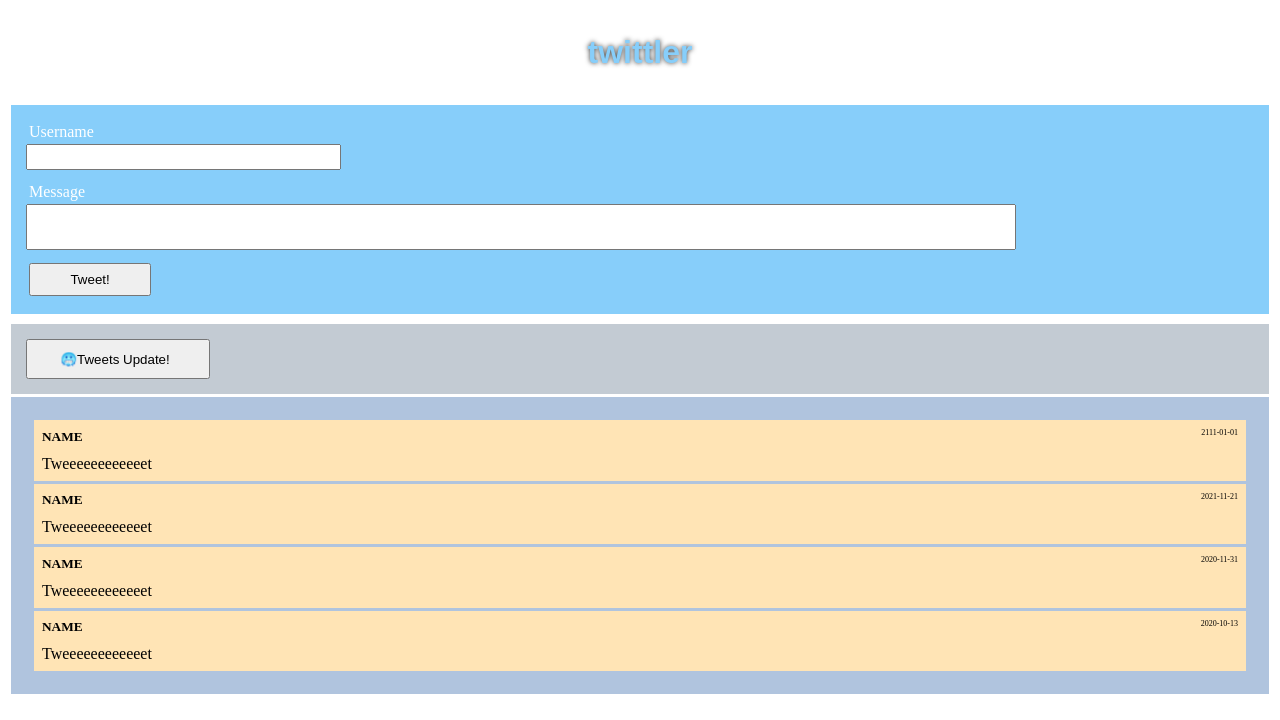
Repository: rlatlswo135/my_workstation
Page: im-sprint-twittler-master/index.html
The author's editor kept a copy of each file at every save. The page is drawn from the files as they stood at one save, then again after the next save.
The browser window is 1280 px wide. The pictures show the whole page.

Above is the page before, as saved 2021-05-27 15:20:46.
Console error: TypeError: Cannot set properties of null (setting 'innerHTML')

After the next save:
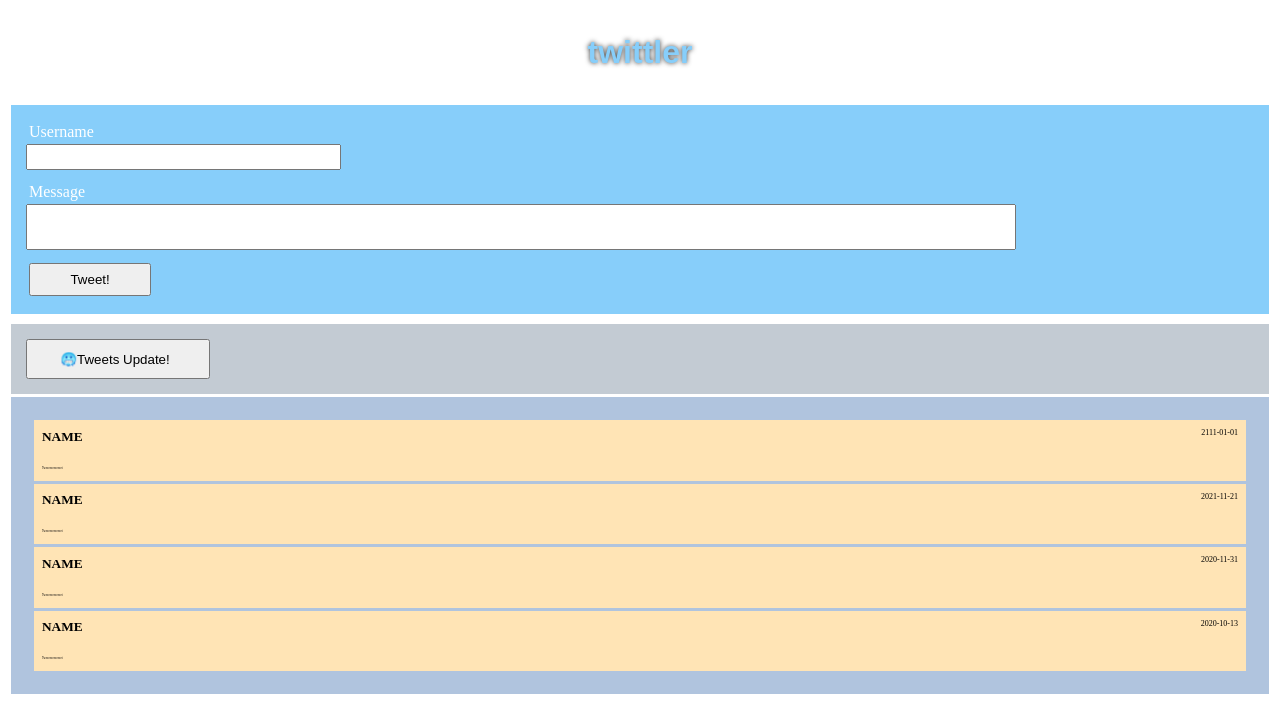
Saved 5 s later.
--- a/im-sprint-twittler-master/main.css
+++ b/im-sprint-twittler-master/main.css
@@ -69,5 +69,5 @@
   margin-bottom: 10px;
 }
 .contaner span {
-  font-size: 1rem;
+  font-size: 3px;
 }
